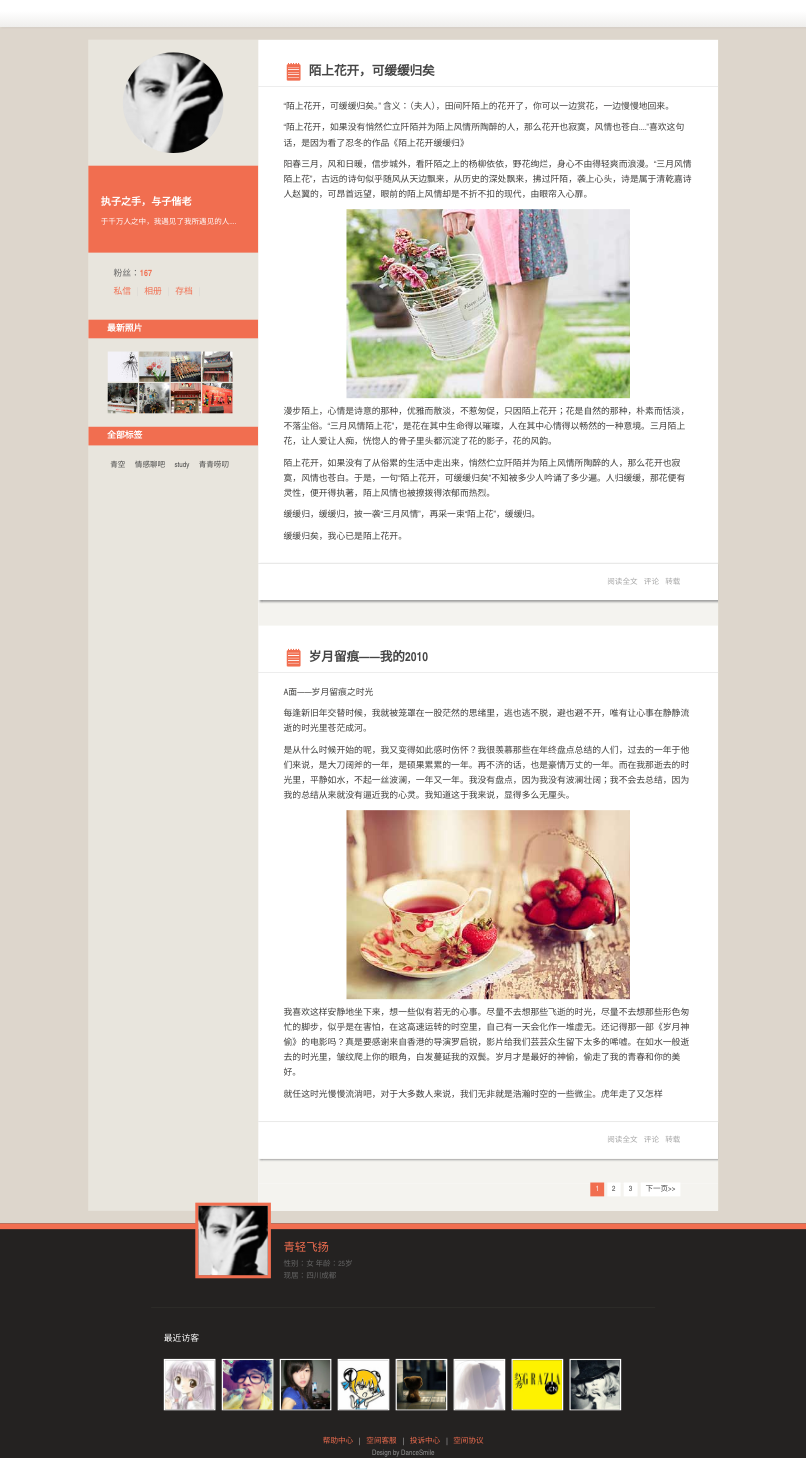
Repository: HuoChangguo/springBootTest
Page: spring-boot-demo/src/main/resources/static/pages/index.html
An editor plug-in stored every save of this project. The page is shown before and after a run of saves, followed by the edit.
The browser window is 1280 px wide. The pictures show the whole page, at 63% of full size.

Above is the page before, as saved 2018-05-22 05:54:48.

After the next 2 saves:
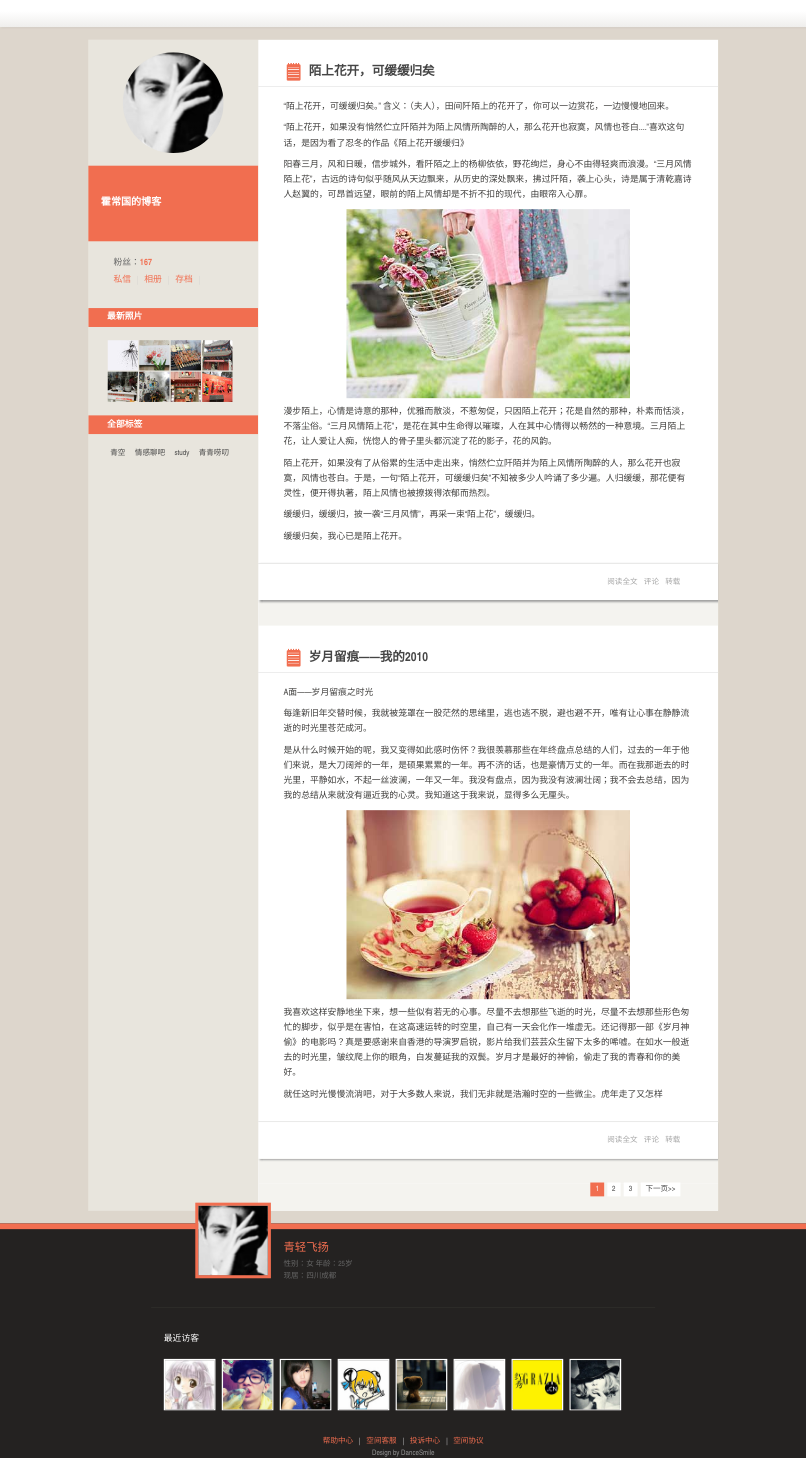
The 2 saves are shown as one change because they came seconds apart.
The last was saved 44 s later.
--- a/spring-boot-demo/src/main/resources/static/pages/index.html
+++ b/spring-boot-demo/src/main/resources/static/pages/index.html
@@ -20,8 +20,7 @@
         <a href="#"><span>青轻飞扬</span></a>
       </div>
       <section class="topspaceinfo">
-        <h1>执子之手，与子偕老</h1>
-        <p>于千万人之中，我遇见了我所遇见的人....</p>
+        <h1>霍常国的博客</h1>
       </section>
       <div class="userinfo">
         <p class="q-fans"> 粉丝：<a href="#">167</a></p>
